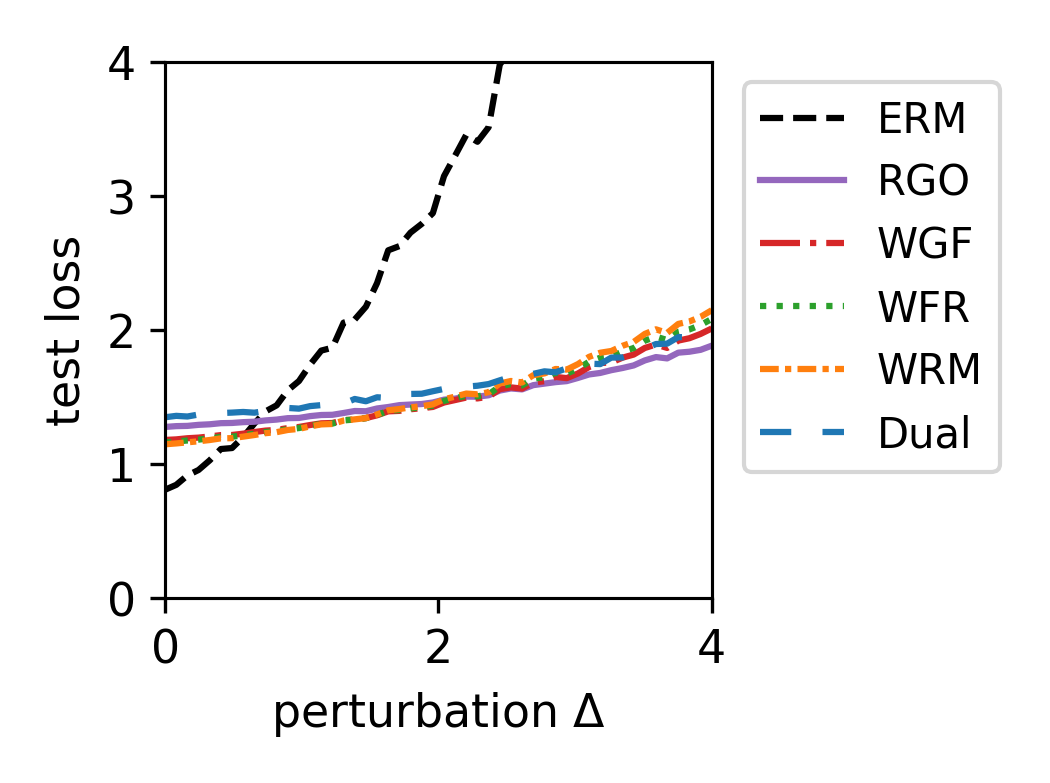
Repository: ZusenXu/GFS-DRO
Script's output: python uncertain_least_squares/uncertain_least_squares.py
These files come from the project's save history. The script's output is drawn as it stood at one moment and after the next save; the edit follows.
Random numbers start from a fixed seed.

Above is the script's output before, as saved 2025-09-13 21:02:37.

### uncertain_least_squares/uncertain_least_squares.py
import numpy as np
import matplotlib.pyplot as plt
from scipy.optimize import minimize
from scipy.special import logsumexp

# --- 1. 实验设置与参数定义 ---
# 定义问题的维度
DIM_M = 10  # 矩阵 A 的行数
DIM_N = 10  # 矩阵 A 的列数 (theta 的维度)

# 定义训练/测试样本数量
N_TRAIN_SAMPLES = 10
N_TEST_SAMPLES = 1000

# 定义分布偏移的扰动范围
DELTA_MIN = 0.0
DELTA_MAX = 4.0
DELTA_STEPS = 50

# --- DRO 算法超参数 ---
N_EPOCHS = 50 # 外部优化的迭代轮数
LEARNING_RATE = 0.01 # 外部优化 theta 的学习率
LAMBDA_VAL = 0.5 # 正则化参数 lambda
EPSILON = 0.5 # 熵正则化参数 epsilon
GRAD_CLIP_THRESHOLD = 10.0 # 梯度裁剪阈值，防止梯度爆炸

# RGO (算法2) 特定参数
RGO_SMOOTHNESS_L = 0.5 # 假设的损失函数平滑度 L (需满足 LAMBDA_VAL > L/2)

# WGF (算法3), WFR (算法4), WRM 特定参数
K_INNER_STEPS = 10  # 内部循环迭代次数 K
INNER_STEP_SIZE = 0.01 # 内部循环步长 eta

# WFR (算法4) 特定参数
M_PARTICLES = 5 # WFR 使用的粒子(样本)数量
WFR_WEIGHT_STEP_SIZE = 0.08 # WFR 权重更新步长 tau

# Dual 方法特定参数
SINKHORN_SAMPLE_LEVEL = 4 # Dual 方法的蒙特卡洛采样级别

# --- 2. 生成固定的问题实例 ---
np.random.seed(42)
A0 = np.random.randn(DIM_M, DIM_N)
A1 = np.random.randn(DIM_M, DIM_N)
b = np.random.randn(DIM_M)

# --- 3. 数据生成函数 ---
def generate_training_data(n_samples):
    return np.random.uniform(-0.5, 0.5, n_samples)

def generate_test_data(n_samples, delta):
    lower_bound = -0.5 * (1 + delta)
    upper_bound = 0.5 * (1 + delta)
    return np.random.uniform(lower_bound, upper_bound, n_samples)

# --- 4. 核心函数定义 ---
def loss_function(theta, z):
    """ 计算单个样本 z 的损失 f_theta(z) """
    A_z = A0 + z * A1
    residual = A_z @ theta - b
    return np.sum(residual**2)/DIM_M

def loss_grad_theta(theta, z):
    """ 计算损失函数关于 theta 的梯度 nabla_theta f_theta(z) """
    A_z = A0 + z * A1
    residual = A_z @ theta - b
    return 2 * A_z.T @ residual

# --- 5. ERM (经验风险最小化) 实现 ---
def erm_objective_function(theta, xi_samples):
    """ 计算 ERM 的目标函数值（平均损失）"""
    total_loss = np.mean([loss_function(theta, xi) for xi in xi_samples])
    return total_loss

def solve_erm(xi_train_samples):
    """ 使用优化器求解 ERM 问题 """
    initial_theta = np.zeros(DIM_N)
    result = minimize(
        erm_objective_function, initial_theta, args=(xi_train_samples,), method='BFGS')
    if not result.success:
        print("警告: ERM 优化过程可能未收敛。")
    return result.x

# --- 6. RGO (算法2) 实现 ---
def solve_rgo(xi_train_samples):
    """ 使用 RGO 算法求解 Sinkhorn DRO """
    theta = np.zeros(DIM_N)

    def rgo_inner_objective(z, xi, current_theta):
        l = loss_function(current_theta, z)
        penalty = np.sum((z - xi)**2)
        return -l / (LAMBDA_VAL * EPSILON) + penalty / EPSILON

    for _ in range(N_EPOCHS):
        grad_accumulator = np.zeros_like(theta)
        for xi in xi_train_samples:
            res = minimize(rgo_inner_objective, xi, args=(xi, theta), method='BFGS')
            z_star = res.x
            accepted = False
            while not accepted:
                variance = (LAMBDA_VAL * EPSILON) / (2 * LAMBDA_VAL - RGO_SMOOTHNESS_L)
                if variance <= 0: variance = 1e-6
                z_candidate = np.random.normal(z_star, np.sqrt(variance))
                f_val_candidate = rgo_inner_objective(z_candidate, xi, theta)
                f_val_star = rgo_inner_objective(z_star, xi, theta)
                log_accept_prob = -f_val_candidate + f_val_star - ((np.sum((z_candidate - z_star)**2)) / (2*variance))
                if np.log(np.random.rand()) < log_accept_prob:
                    accepted_sample = z_candidate
                    accepted = True
            grad_accumulator += loss_grad_theta(theta, accepted_sample)

        avg_grad = grad_accumulator / len(xi_train_samples)
        grad_norm = np.linalg.norm(avg_grad)
        if grad_norm > GRAD_CLIP_THRESHOLD:
            avg_grad = avg_grad * GRAD_CLIP_THRESHOLD / grad_norm
        theta -= LEARNING_RATE * avg_grad

    return theta

# --- 7. Wasserstein Gradient Flow (WGF) 实现 (基于算法3) ---
def solve_wgf(xi_train_samples):
    """ 使用 Wasserstein Gradient Flow (WGF) 求解 Sinkhorn DRO """
    theta = np.zeros(DIM_N)

    def f_bar_grad_z(z, xi, current_theta):
        A1_theta = A1 @ current_theta
        A_z_theta = (A0 + z * A1) @ current_theta
        grad_f = 2 * A1_theta.T @ (A_z_theta - b)
        return grad_f - 2 * LAMBDA_VAL * (z - xi)

    for _ in range(N_EPOCHS):
        grad_accumulator = np.zeros_like(theta)
        for xi in xi_train_samples:
            z_k = xi
            for _ in range(K_INNER_STEPS):
                noise = np.random.normal(0, 1)
                grad = f_bar_grad_z(z_k, xi, theta)
                z_k += INNER_STEP_SIZE * grad + np.sqrt(2 * INNER_STEP_SIZE * LAMBDA_VAL * EPSILON) * noise
            grad_accumulator += loss_grad_theta(theta, z_k)

        avg_grad = grad_accumulator / len(xi_train_samples)
        grad_norm = np.linalg.norm(avg_grad)
        if grad_norm > GRAD_CLIP_THRESHOLD:
            avg_grad = avg_grad * GRAD_CLIP_THRESHOLD / grad_norm
        theta -= LEARNING_RATE * avg_grad

    return theta

# --- 8. WFR Flow (算法4) 实现 ---
def solve_wfr(xi_train_samples):
    """ 使用 WFR Flow 求解 Sinkhorn DRO """
    theta = np.zeros(DIM_N)

    def f_bar(z, xi, current_theta):
         return loss_function(current_theta, z) - LAMBDA_VAL * np.sum((z-xi)**2)

    def f_bar_grad_z(z, xi, current_theta):
        A1_theta = A1 @ current_theta
        A_z_theta = (A0 + z * A1) @ current_theta
        grad_f = 2 * A1_theta.T @ (A_z_theta - b)
        return grad_f - 2 * LAMBDA_VAL * (z - xi)

    for _ in range(N_EPOCHS):
        grad_accumulator = np.zeros_like(theta)
        for xi in xi_train_samples:
            particles = np.full(M_PARTICLES, xi)
            weights = np.full(M_PARTICLES, 1.0 / M_PARTICLES)

            for _ in range(K_INNER_STEPS):
                for i in range(M_PARTICLES):
                    noise = np.random.normal(0, 1)
                    grad = f_bar_grad_z(particles[i], xi, theta)
                    particles[i] += INNER_STEP_SIZE * grad + np.sqrt(2 * INNER_STEP_SIZE * LAMBDA_VAL * EPSILON) * noise
                    f_bar_val = f_bar(particles[i], xi, theta)
                    weights[i] = (weights[i]**(1 - LAMBDA_VAL * EPSILON * WFR_WEIGHT_STEP_SIZE)) * np.exp(WFR_WEIGHT_STEP_SIZE * f_bar_val)

                sum_weights = np.sum(weights)
                if sum_weights > 1e-8: weights /= sum_weights
                else: weights = np.full(M_PARTICLES, 1.0 / M_PARTICLES)

            weighted_grad = np.sum([w * loss_grad_theta(theta, z) for w, z in zip(weights, particles)], axis=0)
            grad_accumulator += weighted_grad

        avg_grad = grad_accumulator / len(xi_train_samples)
        grad_norm = np.linalg.norm(avg_grad)
        if grad_norm > GRAD_CLIP_THRESHOLD:
            avg_grad = avg_grad * GRAD_CLIP_THRESHOLD / grad_norm
        theta -= LEARNING_RATE * avg_grad

    return theta

# --- 9. WRM (Wasserstein Robust Method) 实现 ---
def solve_wrm(xi_train_samples):
    """ 使用 WRM (确定性内部优化) 求解 """
    theta = np.zeros(DIM_N)

    def f_bar_grad_z(z, xi, current_theta):
        A1_theta = A1 @ current_theta
        A_z_theta = (A0 + z * A1) @ current_theta
        grad_f = 2 * A1_theta.T @ (A_z_theta - b)
        return grad_f - 2 * LAMBDA_VAL * (z - xi)

    for _ in range(N_EPOCHS):
        grad_accumulator = np.zeros_like(theta)
        for xi in xi_train_samples:
            z_k = xi
            # 内部 K 步梯度上升 (无噪声)
            for _ in range(K_INNER_STEPS):
                grad = f_bar_grad_z(z_k, xi, theta)
                z_k += INNER_STEP_SIZE * grad

            grad_accumulator += loss_grad_theta(theta, z_k)

        avg_grad = grad_accumulator / len(xi_train_samples)
        grad_norm = np.linalg.norm(avg_grad)
        if grad_norm > GRAD_CLIP_THRESHOLD:
            avg_grad = avg_grad * GRAD_CLIP_THRESHOLD / grad_norm
        theta -= LEARNING_RATE * avg_grad

    return theta

# --- 10. Dual Method (对偶方法) 实现 ---
def solve_dual(xi_train_samples):
    """ 使用对偶方法求解 Sinkhorn DRO """
    theta = np.zeros(DIM_N)

    levels = np.arange(SINKHORN_SAMPLE_LEVEL + 1)
    numerators = 2.0**(-levels)
    denominator = 2.0 - 2.0**(-SINKHORN_SAMPLE_LEVEL)
    probabilities = numerators / denominator

    for _ in range(N_EPOCHS):
        grad_accumulator = np.zeros_like(theta)
        for xi in xi_train_samples:
            # 1. 多层蒙特卡洛采样
            sampled_level = np.random.choice(levels, p=probabilities)
            m = 2**sampled_level

            # 2. 从基础分布采样
            noise = np.random.randn(m) * np.sqrt(EPSILON)
            z_samples = xi + noise

            # 3. 计算梯度
            # v_j = f_theta(z_j) / (lambda*epsilon)
            v = np.array([loss_function(theta, z) for z in z_samples]) / (LAMBDA_VAL * EPSILON)

            # weights = softmax(v)
            weights = np.exp(v - np.max(v)) # 减去max增强稳定性
            weights /= np.sum(weights)

            # grad = sum(w_j * grad_theta f(z_j))
            grads_per_sample = np.array([loss_grad_theta(theta, z) for z in z_samples])
            weighted_grad = np.sum(weights[:, np.newaxis] * grads_per_sample, axis=0)
            grad_accumulator += weighted_grad

        avg_grad = grad_accumulator / len(xi_train_samples)
        grad_norm = np.linalg.norm(avg_grad)
        if grad_norm > GRAD_CLIP_THRESHOLD:
            avg_grad = avg_grad * GRAD_CLIP_THRESHOLD / grad_norm
        theta -= LEARNING_RATE * avg_grad

    return theta

# --- 11. 实验执行与评估 ---
def run_experiment():
    """ 执行完整的实验流程 """
    xi_train = generate_training_data(N_TRAIN_SAMPLES)

    print("正在求解 ERM 模型...")
    theta_erm = solve_erm(xi_train)
    print("正在求解 RGO 模型...")
    theta_rgo = solve_rgo(xi_train)
    print("正在求解 WGF 模型...")
    theta_wgf = solve_wgf(xi_train)
    print("正在求解 WFR 模型...")
    theta_wfr = solve_wfr(xi_train)
    print("正在求解 WRM 模型...")
    theta_wrm = solve_wrm(xi_train)
    print("正在求解 Dual 模型...")
    theta_dual = solve_dual(xi_train)
    print("所有模型求解完成。")

    delta_values = np.linspace(DELTA_MIN, DELTA_MAX, DELTA_STEPS)
    results = {'ERM': [], 'RGO': [], 'WGF': [], 'WFR': [], 'WRM': [], 'Dual': []}
    models = {
        'ERM': theta_erm, 'RGO': theta_rgo, 'WGF': theta_wgf,
        'WFR': theta_wfr, 'WRM': theta_wrm, 'Dual': theta_dual
    }

    print("正在评估所有模型...")
    for delta in delta_values:
        xi_test = generate_test_data(N_TEST_SAMPLES, delta)
        for name, theta in models.items():
            test_loss = erm_objective_function(theta, xi_test)
            results[name].append(test_loss)

    print("评估完成。")
    return delta_values, results

# --- 12. 结果可视化 ---
def plot_results(delta_values, results):
    """ 绘制所有模型损失随扰动 delta 变化的曲线 """
    fig, ax = plt.subplots(figsize=(3.5, 2.613), dpi=300)

    styles = {
        'ERM': {'color': 'k', 'linestyle': '--'},
        'RGO': {'color': '#9467bd', 'linestyle': '-'},
        'WGF': {'color': '#d62728', 'linestyle': '-.'},
        'WFR': {'color': '#2ca02c', 'linestyle': ':'},
        'WRM': {'color': '#ff7f0e', 'linestyle': (0, (3, 1, 1, 1))}, # orange, dashdotdot
        'Dual': {'color': '#1f77b4', 'linestyle': (0, (5, 5))} # blue, dashed
    }

    for name, losses in results.items():
        ax.plot(delta_values, losses, linewidth=1.5, label=name, **styles[name])

    #ax.set_title('(a) Uncertain least squares loss', fontsize=11)
    ax.set_xlabel('perturbation $\Delta$', fontsize=11)
    ax.set_ylabel('test loss', fontsize=11)
    ax.tick_params(axis='both', which='major', labelsize=11)
    for spine in ax.spines.values():
        spine.set_linewidth(0.75)
    ax.set_xlim(0, 4)
    ax.set_ylim(0, 4)
    ax.grid(False)
    ax.legend(fontsize=10)
    ax.legend(loc='upper left', bbox_to_anchor=(1.02, 1))
    plt.tight_layout()
    plt.savefig('uncertain_least_squares_results.png', dpi=300)
    plt.show()

# --- 主程序入口 ---
if __name__ == '__main__':
    with np.errstate(all='ignore'):
        delta_vals, all_results = run_experiment()
        plot_results(delta_vals, all_results)

After the next save:
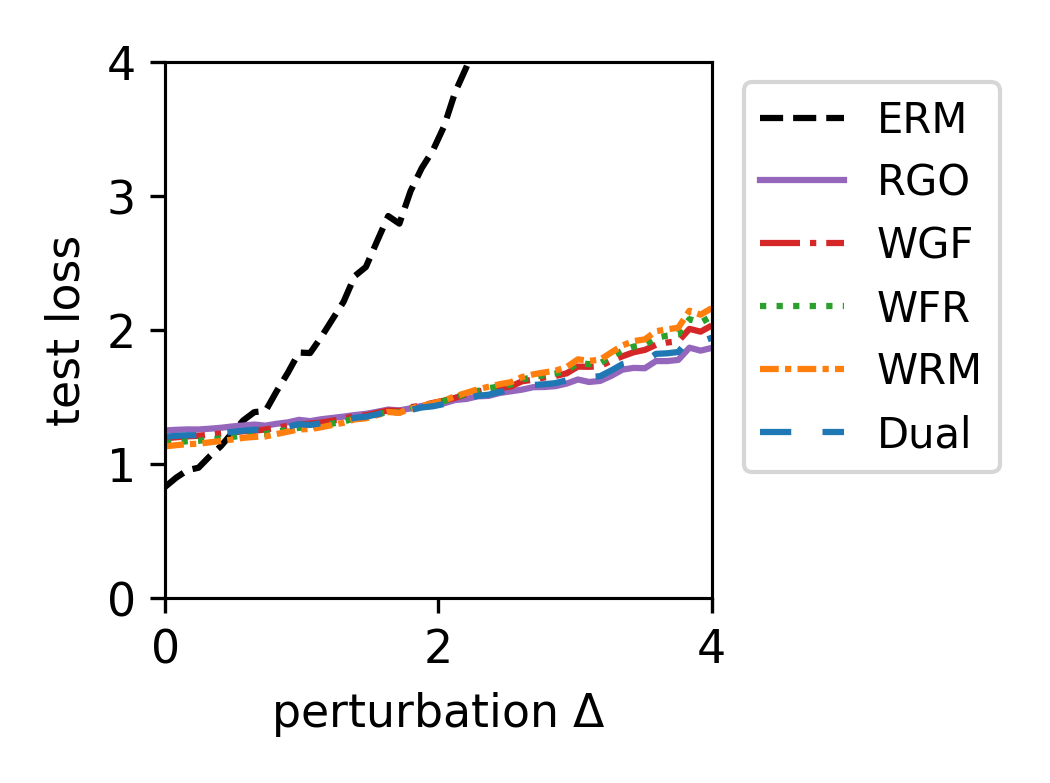
Saved 39 s later.
--- a/uncertain_least_squares/uncertain_least_squares.py
+++ b/uncertain_least_squares/uncertain_least_squares.py
@@ -9,7 +9,7 @@ DIM_M = 10  # 矩阵 A 的行数
 DIM_N = 10  # 矩阵 A 的列数 (theta 的维度)
 
 # 定义训练/测试样本数量
-N_TRAIN_SAMPLES = 10
+N_TRAIN_SAMPLES = 20
 N_TEST_SAMPLES = 1000
 
 # 定义分布偏移的扰动范围
